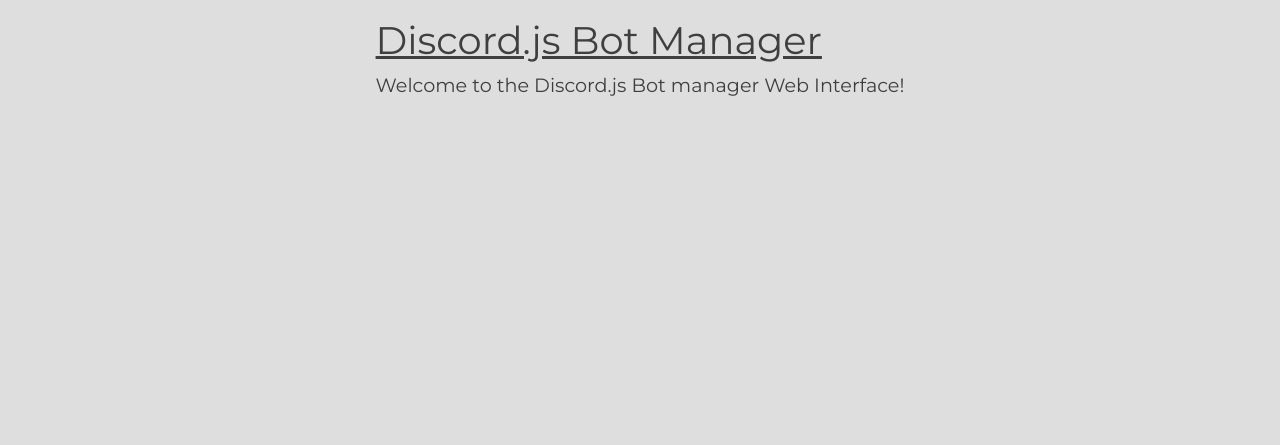
Repository: O-Schell/Discord-Bot-Manager
Page: Web_Interface/main.HTML
The author's editor kept a copy of each file at every save. The page is drawn from the files as they stood at one save, then again after the next save.
The browser window is 1280 px wide. The pictures show the whole page.
The style sheet was rebuilt from its Sass, Less or Tailwind sources for each picture, by a compiler version that may differ from the author's.

Above is the page before, as saved 2020-11-24 19:56:28.
Not found: Web_Interface/script.js

After the next save:
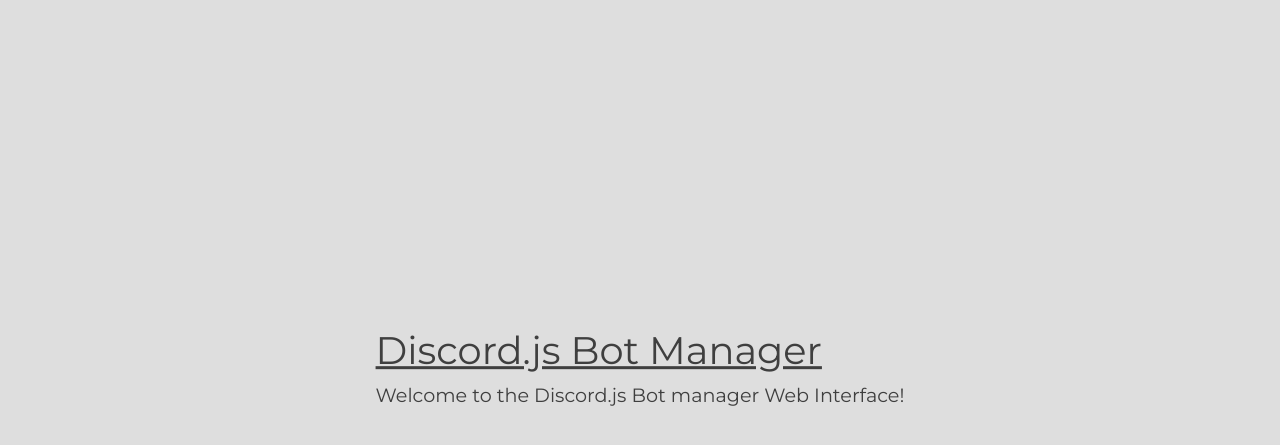
Saved 59 s later.
--- a/Web_Interface/style.scss
+++ b/Web_Interface/style.scss
@@ -20,7 +20,8 @@
 }
 
 .title{
-  position: absolute;
+  position: fixed;
+  top: 50%;
   left: 50%;
-  transform: translate(-50%);
+  transform: translate(-50%, -50%);
 }

After the save that followed:
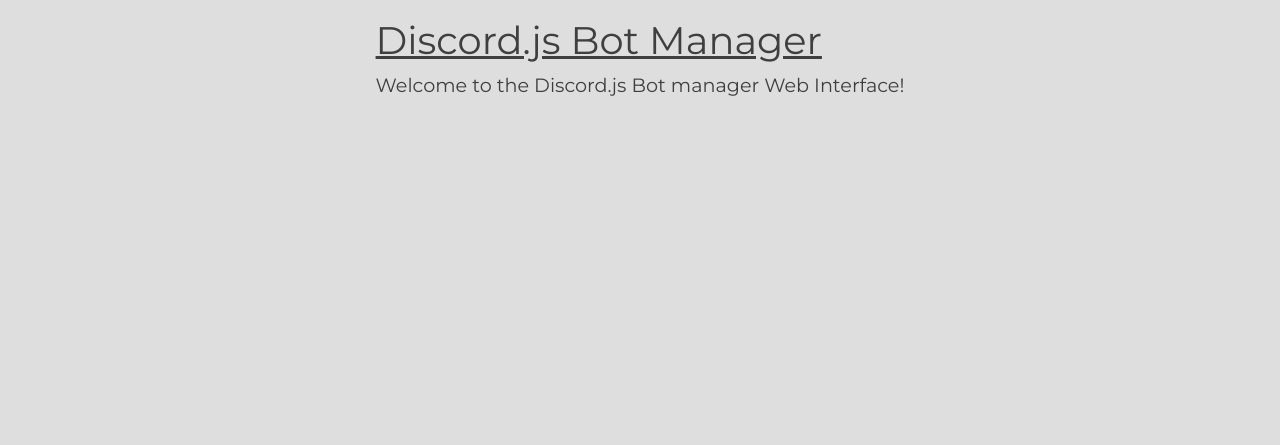
Saved 14 s later.
--- a/Web_Interface/style.scss
+++ b/Web_Interface/style.scss
@@ -21,7 +21,6 @@
 
 .title{
   position: fixed;
-  top: 50%;
   left: 50%;
-  transform: translate(-50%, -50%);
+  transform: translate(-50%);
 }
